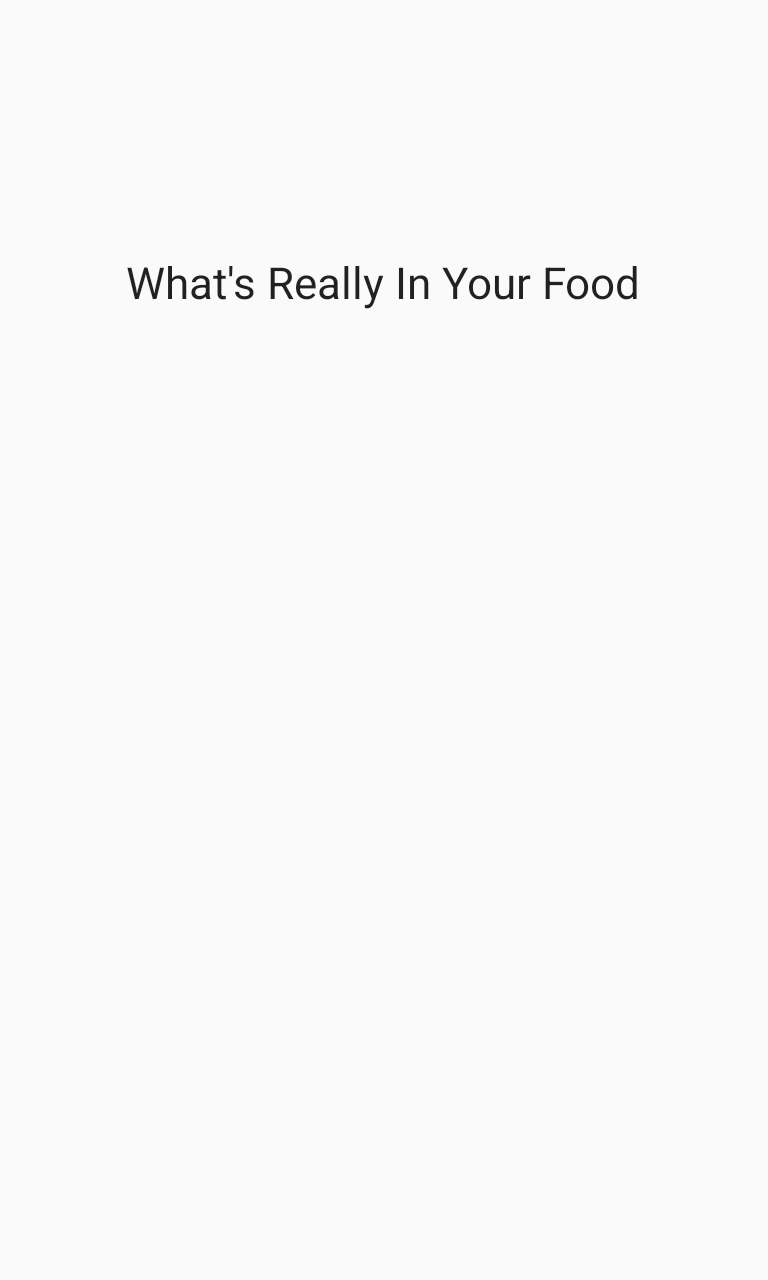
Repository: sehmon/workspace-eclipse
Layout: WhatAmIEating/res/layout/activity_scan.xml
These files come from the project's save history. The layout is drawn as it stood at one moment and after the next save; the edit follows.
It is drawn on a 768 x 1280 px phone screen (xhdpi) without system bars, with theme AppTheme; the app's code is not run.

Above is the layout before, as saved 2014-04-13 04:39:48.

After the next save:
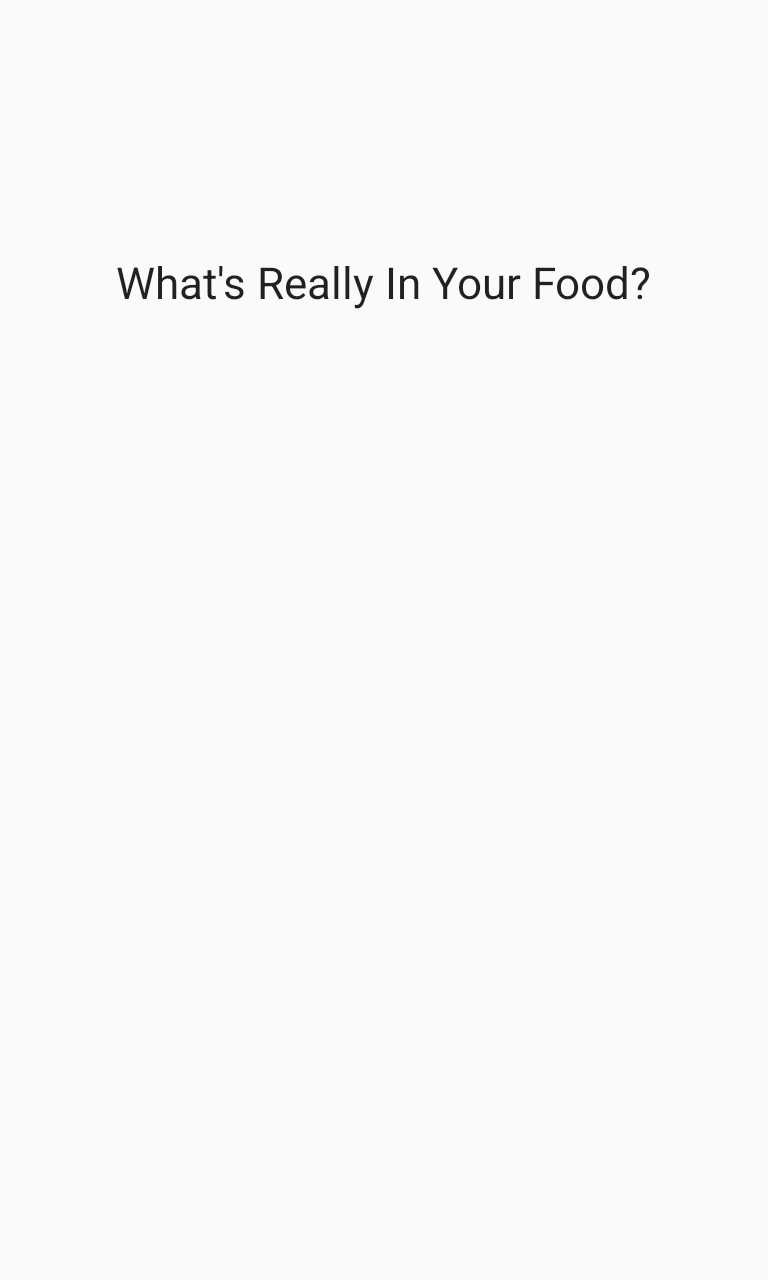
Saved 9 s later.
--- a/WhatAmIEating/res/layout/activity_scan.xml
+++ b/WhatAmIEating/res/layout/activity_scan.xml
@@ -11,7 +11,7 @@
         android:layout_alignParentTop="true"
         android:layout_centerHorizontal="true"
         android:layout_marginTop="126dp"
-        android:text="What's Really In Your Food"
+        android:text="What's Really In Your Food?"
         android:textAppearance="?android:attr/textAppearanceLarge" />
 
 </RelativeLayout>
